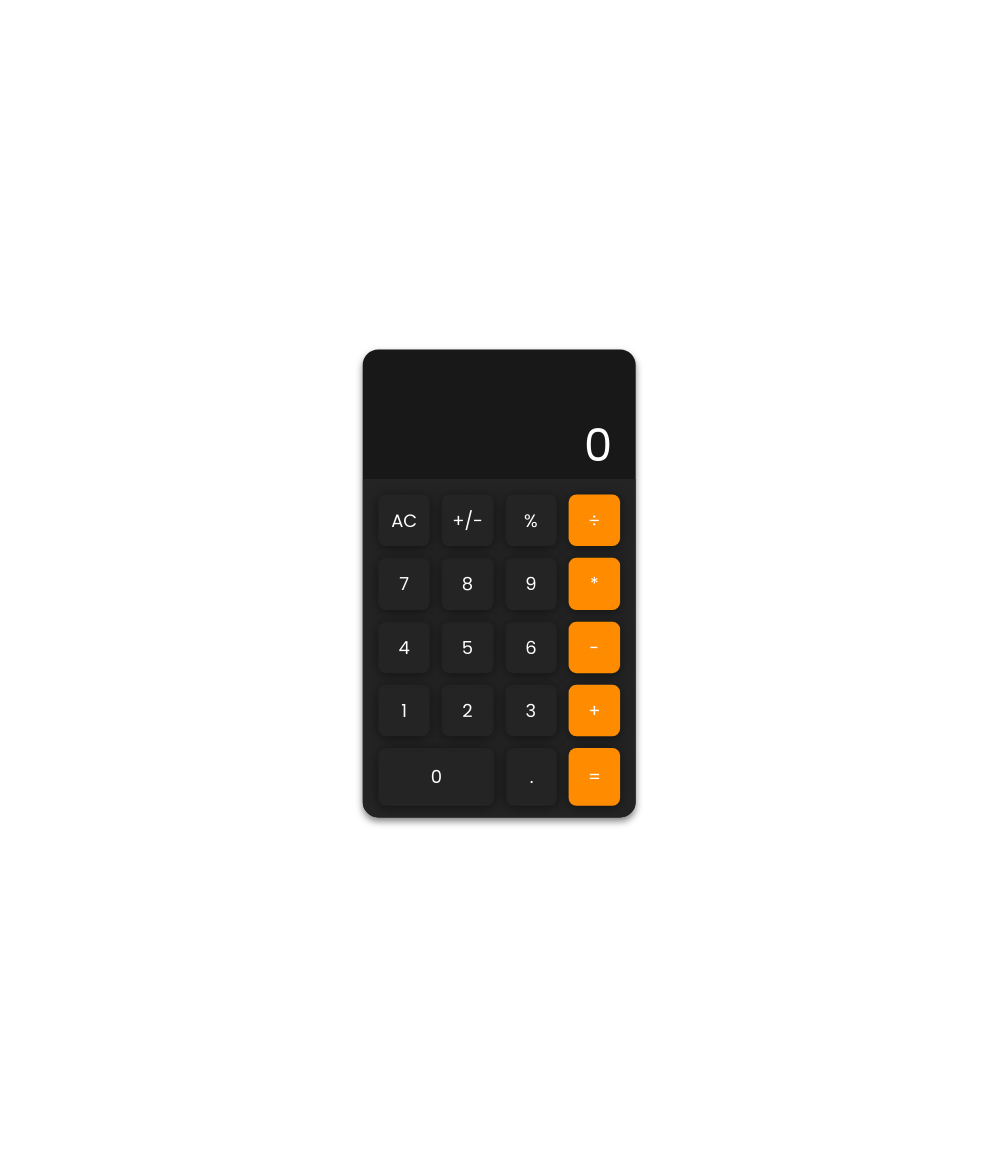
Repository: minhtien9/Calculator
Page: /
The author's editor kept a copy of each file at every save. The page is drawn from the files as they stood at one save, then again after the next save.
The browser window is 1280 px wide. The pictures show the whole page, at 78% of full size.
The project was rebuilt for these pictures with package versions that can differ from the ones it lists, and the page was loaded fresh each time.

Above is the page before, as saved 2022-07-22 08:37:11.

### src/index.js
import React from "react";
import ReactDOM from "react-dom/client";
import App from "./App";

const root = ReactDOM.createRoot(document.getElementById("root"));
root.render(
    <React.StrictMode>
        <App />
    </React.StrictMode>
);

// If you want to start measuring performance in your app, pass a function
// to log results (for example: reportWebVitals(console.log))
// or send to an analytics endpoint. Learn more: https://bit.ly/CRA-vitals

### src/App.js
import "./App.css";
import Calculator from "./Components/Calculator";

function App() {
    return (
        <div className='App'>
            <Calculator />
        </div>
    );
}

export default App;

### src/App.css
@import url("https://fonts.googleapis.com/css2?family=Poppins:ital,wght@0,100;0,200;0,300;0,400;0,500;0,600;0,700;0,800;0,900;1,100;1,200;1,300;1,400;1,500;1,600;1,700;1,800;1,900&display=swap");
* {
    font-family: "Poppins";
    font-size: 23px;
    color: white;
    padding: 0;
    margin: 0;
    box-sizing: border-box;
    -webkit-user-select: none;
    -webkit-user-drag: none;
    -webkit-app-region: none;
}

### src/Components/Calculator.jsx
import React, { useEffect, useState } from "react";
import "./Caculator.scss";

const Caculator = () => {
    const [inputNum, setInputNum] = useState(0);
    const [calculatedNum, setCalculatedNum] = useState(0);
    const [operator, setOperator] = useState("");
    const [isDecimal, setIsDecimal] = useState(false);
    const [decimalCount, setDecimalCount] = useState(1);
    const [monitor, setMonitor] = useState("");

    useEffect(() => {
        setMonitor(inputNum);
    }, [inputNum]);

    useEffect(() => {
        setMonitor(calculatedNum);
    }, [calculatedNum]);

    // Take input number from keyboard
    const TakeInputNum = (num) => {
        if (isDecimal) {
            num = num / Math.pow(10, decimalCount);
            setDecimalCount(decimalCount + 1);
            setInputNum(parseFloat((inputNum + num).toFixed(decimalCount)));
        } else {
            setInputNum(inputNum * 10 + num);
        }
    };

    // Take operator from keyboard
    const TakeOperator = (operator) => {
        setOperator(operator);
        Calculate();
        setInputNum(0);
    };

    // Do the calculation
    const Calculate = () => {
        setIsDecimal(false);
        setDecimalCount(1);
        if (operator === "/" && inputNum === 0) {
            setCalculatedNum(NaN);
            setInputNum(0);
            return;
        }

        if (calculatedNum === 0 && inputNum === 0) {
            return;
        }

        switch (operator) {
            case "+":
                setCalculatedNum(calculatedNum + inputNum);
                break;
            case "-":
                setCalculatedNum(calculatedNum - inputNum);
                break;
            case "*":
                setCalculatedNum(calculatedNum * inputNum);
                break;
            case "/":
                setCalculatedNum(calculatedNum / inputNum);
                break;

            default:
                break;
        }
        if (operator === "") {
            setCalculatedNum(inputNum);
        } else {
            setInputNum(0);
        }
        return;
    };

    // Get the equation
    const GetEqual = () => {
        Calculate();
        setOperator("");
    };

    // Minus plus
    const minusPlus = () => {
        if (inputNum.charAt(0) === "-") {
            setInputNum(inputNum.substring(1));
            console.log(setInputNum(inputNum.substring(1)));
        } else {
            setInputNum("-" + inputNum);
        }
    };

    // Clear All
    const Clear = () => {
        setInputNum(0);
        setCalculatedNum(0);
        setMonitor("");
        setOperator("");
    };

    return (
        <div className='caculator'>
            <section className='monitor'>
                <p className='out-put'>{monitor}</p>
            </section>

            <section className='keyboard'>
                <div className='keyboard-row'>
                    <button
                        className='one-block'
                        onClick={() => {
                            Clear();
                        }}
                    >
                        AC
                    </button>
                    <button className='one-block'> +/- </button>
                    <button className='one-block' onClick={minusPlus}>
                        %
                    </button>
                    <button
                        className='one-block orange'
                        onClick={() => {
                            TakeOperator("/");
                        }}
                    >
                        ÷
                    </button>
                </div>

                <div className='keyboard-row'>
                    <button
                        className='one-block'
                        onClick={() => {
                            TakeInputNum(7);
                        }}
                    >
                        7
                    </button>
                    <button
                        className='one-block'
                        onClick={() => {
                            TakeInputNum(8);
                        }}
                    >
                        8
                    </button>
                    <button
                        className='one-block'
                        onClick={() => {
                            TakeInputNum(9);
                        }}
                    >
                        9
                    </button>
                    <button
                        className='one-block orange'
                        onClick={() => {
                            TakeOperator("*");
                        }}
                    >
                        *
                    </button>
                </div>

                <div className='keyboard-row'>
                    <button
                        className='one-block'
                        onClick={() => {
                            TakeInputNum(4);
                        }}
                    >
                        4
                    </button>
                    <button
                        className='one-block'
                        onClick={() => {
                            TakeInputNum(5);
                        }}
                    >
                        5
                    </button>
                    <button
                        className='one-block'
                        onClick={() => {
                            TakeInputNum(6);
                        }}
                    >
                        6
                    </button>
                    <button
                        className='one-block orange'
                        onClick={() => {
                            TakeOperator("-");
                        }}
                    >
                        -
                    </button>
                </div>

                <div className='keyboard-row'>
                    <button
                        className='one-block'
                        onClick={() => {
                            TakeInputNum(1);
                        }}
                    >
                        1
                    </button>
                    <button
                        className='one-block'
                        onClick={() => {
                            TakeInputNum(2);
                        }}
                    >
                        2
                    </button>
                    <button
                        className='one-block'
                        onClick={() => {
                            TakeInputNum(3);
                        }}
                    >
                        3
                    </button>
                    <button
                        className='one-block orange'
                        onClick={() => {
                            TakeOperator("+");
                        }}
                    >
                        +
                    </button>
                </div>

                <div className='keyboard-row'>
                    <button
                        className='two-block'
                        onClick={() => {
                            TakeInputNum(0);
                        }}
                    >
                        0
                    </button>
                    <button
                        className='one-block'
                        onClick={() => {
                            setIsDecimal(true);
                        }}
                    >
                        .
                    </button>
                    <button
                        className='one-block orange'
                        onClick={() => {
                            GetEqual();
                        }}
                    >
                        =
                    </button>
                </div>
            </section>
        </div>
    );
};

export default Caculator;

// import React, { useEffect, useState } from "react";
// import NumberFormat from "react-number-format";
// import "./Calculator.scss";

// const Caculator = () => {
//     const [preState, setPreState] = useState("");
//     const [curState, setCurState] = useState("");
//     const [input, setInput] = useState("0");
//     const [operator, setOperator] = useState(null);
//     const [total, setTotal] = useState(false);

//     const inputNum = (e) => {
//         if (curState.includes(".") && e.target.innerHTML === ".") return;

//         if (total) {
//             setPreState("");
//         }

//         curState
//             ? setCurState((pre) => pre + e.target.innerText)
//             : setCurState(e.target.innerText);

//         setTotal(false);
//     };

//     useEffect(() => {
//         setInput(curState);
//     }, [curState]);

//     useEffect(() => {
//         setInput("0");
//     }, []);

//     const operatorType = (e) => {
//         setTotal(false);
//         setOperator(e.target.innerText);
//         if (curState === "") return;
//         if (preState !== "") {
//             equals();
//         } else {
//             setPreState(curState);
//             setCurState("");
//         }
//     };

//     const equals = (e) => {
//         if (e?.target.innerText === "=") {
//             setTotal(true);
//         }
//         let cal;
//         switch (operator) {
//             case "/":
//                 cal = String(parseFloat(preState) / parseFloat(curState));
//                 break;
//             case "+":
//                 cal = String(parseFloat(preState) + parseFloat(curState));
//                 break;
//             case "*":
//                 cal = String(parseFloat(preState) * parseFloat(curState));
//                 break;
//             case "-":
//                 cal = String(parseFloat(preState) - parseFloat(curState));
//                 break;
//             default:
//                 break;
//         }
//         setInput("");
//         setPreState(cal);
//         setPreState("");
//         setCurState("");
//     };

//     const minusPlus = () => {};

//     const percent = () => {};
//     const reset = () => {
//         setCurState("");
//         setPreState("");
//         setInput("0");
//     };

//     return (
//         <div className='caculator'>
//             <section className='screen'>
//                 {input !== "" || input === "0" ? (
//                     <NumberFormat
//                         value={input}
//                         displayType={"text"}
//                         thousandsSeparator={true}
//                     />
//                 ) : (
//                     <NumberFormat
//                         value={preState}
//                         displayType={"text"}
//                         thousandsSeparator={true}
//                     />
//                 )}
//             </section>

//             <section className='keyboard'>
//                 <div className='keyboard-row'>
//                     <button className='one-block' onClick={reset}>
//                         AC
//                     </button>
//                     <button className='one-block' onClick={minusPlus}>
//                         +/-
//                     </button>
//                     <button className='one-block' onClick={percent}>
//                         %
//                     </button>
//                     <button className='one-block orange' onClick={operatorType}>
//                         ÷
//                     </button>
//                 </div>

//                 <div className='keyboard-row'>
//                     <button className='one-block' onClick={inputNum}>
//                         7
//                     </button>
//                     <button className='one-block' onClick={inputNum}>
//                         8
//                     </button>
//                     <button className='one-block' onClick={inputNum}>
//                         9
//                     </button>
//                     <button className='one-block orange' onClick={operatorType}>
//                         *
//                     </button>
//                 </div>

//                 <div className='keyboard-row'>
//                     <button className='one-block' onClick={inputNum}>
//                         4
//                     </button>
//                     <button className='one-block' onClick={inputNum}>
//                         5
//                     </button>
//                     <button className='one-block' onClick={inputNum}>
//                         6
//                     </button>
//                     <button className='one-block orange' onClick={operatorType}>
//                         -
//                     </button>
//                 </div>

//                 <div className='keyboard-row'>
//                     <button className='one-block' onClick={inputNum}>
//                         1
//                     </button>
//                     <button className='one-block' onClick={inputNum}>
//                         2
//                     </button>
//                     <button className='one-block' onClick={inputNum}>
//                         3
//                     </button>
//                     <button className='one-block orange' onClick={operatorType}>
//                         +
//                     </button>
//                 </div>

//                 <div className='keyboard-row'>
//                     <button className='two-block' onClick={inputNum}>
//                         0
//                     </button>
//                     <button className='one-block' onClick={operatorType}>
//                         .
//                     </button>
//                     <button className='one-block orange' onClick={operatorType}>
//                         =
//                     </button>
//                 </div>
//             </section>
//         </div>
//     );
// };

// export default Caculator;

### src/Components/Caculator.scss
@import url("https://fonts.googleapis.com/css2?family=Poppins:ital,wght@0,100;0,200;0,300;0,400;0,500;0,600;0,700;0,800;0,900;1,100;1,200;1,300;1,400;1,500;1,600;1,700;1,800;1,900&display=swap");

* {
    font-family: "Poppins";
    font-size: 23px;
    color: white;
}

button {
    border: none;
    background: none;
    cursor: pointer;
    border-radius: 10px;
    box-shadow: 0 2px 15px 0 rgba(0, 0, 0, 0.5);
}

button:hover {
    background-color: grey;
}

.orange {
    background: darkorange;
    color: white;
}

.orange:hover {
    background-color: white;
    color: orange;
}

.caculator {
    width: 350px;
    height: 600px;
    margin: 35% auto;
    background-color: rgb(24, 24, 24);
    display: flex;
    flex-direction: column;
    border-radius: 20px;
    overflow: hidden;
    box-shadow: 0px 5px 10px 0px rgba(0, 0, 0, 0.5);
}

.monitor {
    .out-put {
        margin: 80px 30px 0px;
        font-size: 2.5rem;
        text-align: right;
    }
}

.keyboard {
    display: flex;
    flex-direction: column;
    background: rgb(36, 36, 36);
    gap: 15px;
    padding: 20px;
}

.keyboard-row {
    display: flex;
    gap: 15px;
    .one-block {
        width: 25%;
        aspect-ratio: 1/1;
    }

    .two-block {
        width: calc(50% - -21px);
        aspect-ratio: 2/1;
    }
}

### src/Components/Calculator.scss
button {
    border: none;
    background: none;
    cursor: pointer;
    border-radius: 10px;
    box-shadow: 0 2px 15px 0 rgba(0, 0, 0, 0.5);
}

button:hover {
    background-color: grey;
}

.orange {
    background: darkorange;
    color: white;
}

.orange:hover {
    background-color: white;
    color: orange;
}

.caculator {
    width: 350px;
    height: 600px;
    margin: 35% auto;
    background-color: rgb(24, 24, 24);
    display: flex;
    flex-direction: column;
    border-radius: 20px;
    overflow: hidden;
    box-shadow: 0px 5px 10px 0px rgba(0, 0, 0, 0.5);
}

.screen {
    margin: 80px 30px 0px;
    font-size: 2.5rem;
    text-align: right;
    color: white;
}

.keyboard {
    display: flex;
    flex-direction: column;
    background: rgb(36, 36, 36);
    gap: 15px;
    padding: 20px;
}

.keyboard-row {
    display: flex;
    gap: 15px;
    .one-block {
        width: 25%;
        aspect-ratio: 1/1;
    }

    .two-block {
        width: calc(50% - -21px);
        aspect-ratio: 2/1;
    }
}

Loaded but not shown: public/index.html (common file)

After the next save:
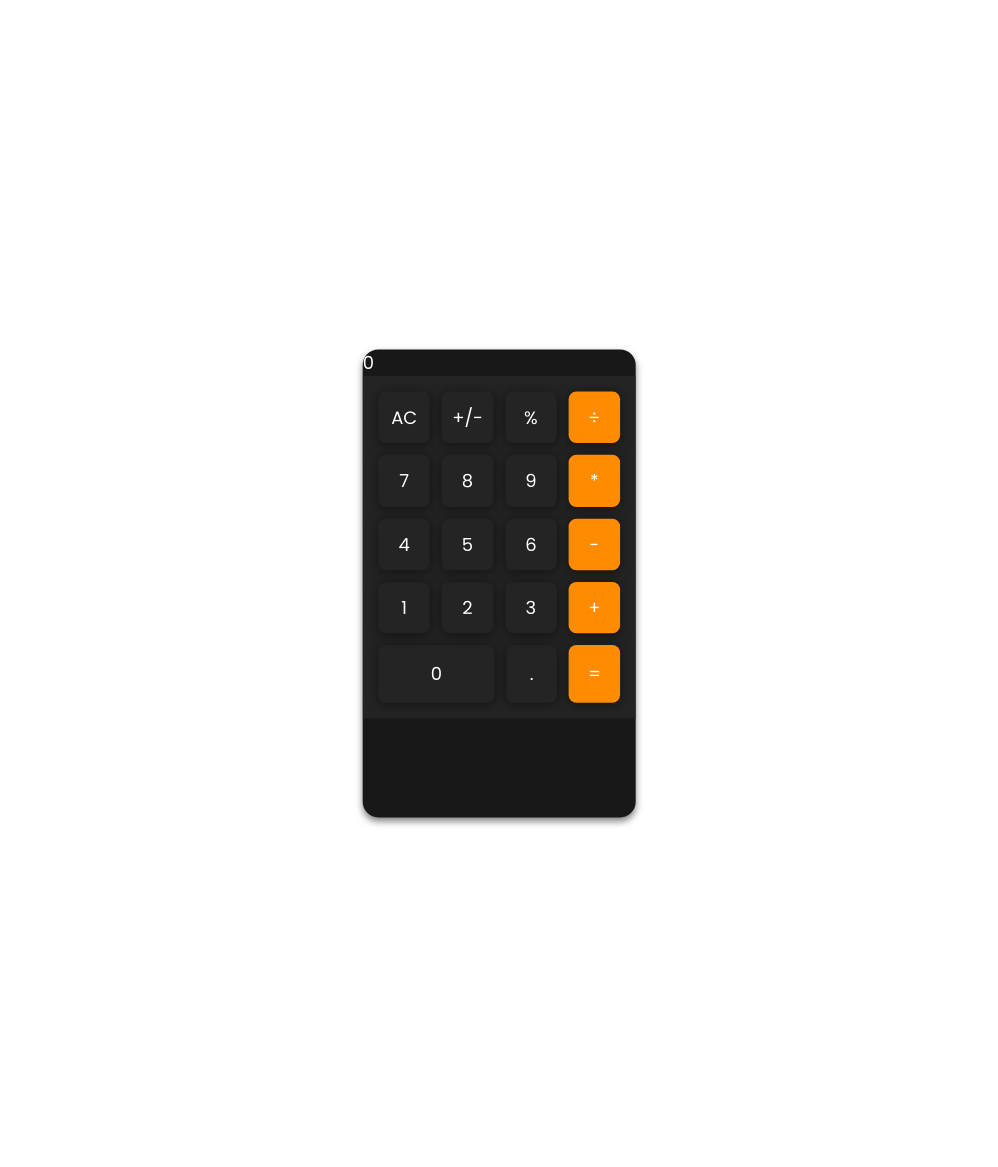
Saved 50 s later.
--- a/src/Components/Calculator.jsx
+++ b/src/Components/Calculator.jsx
@@ -1,5 +1,5 @@
 import React, { useEffect, useState } from "react";
-import "./Caculator.scss";
+import "./Calculator.scss";
 
 const Caculator = () => {
     const [inputNum, setInputNum] = useState(0);

After the 2 saves that followed:
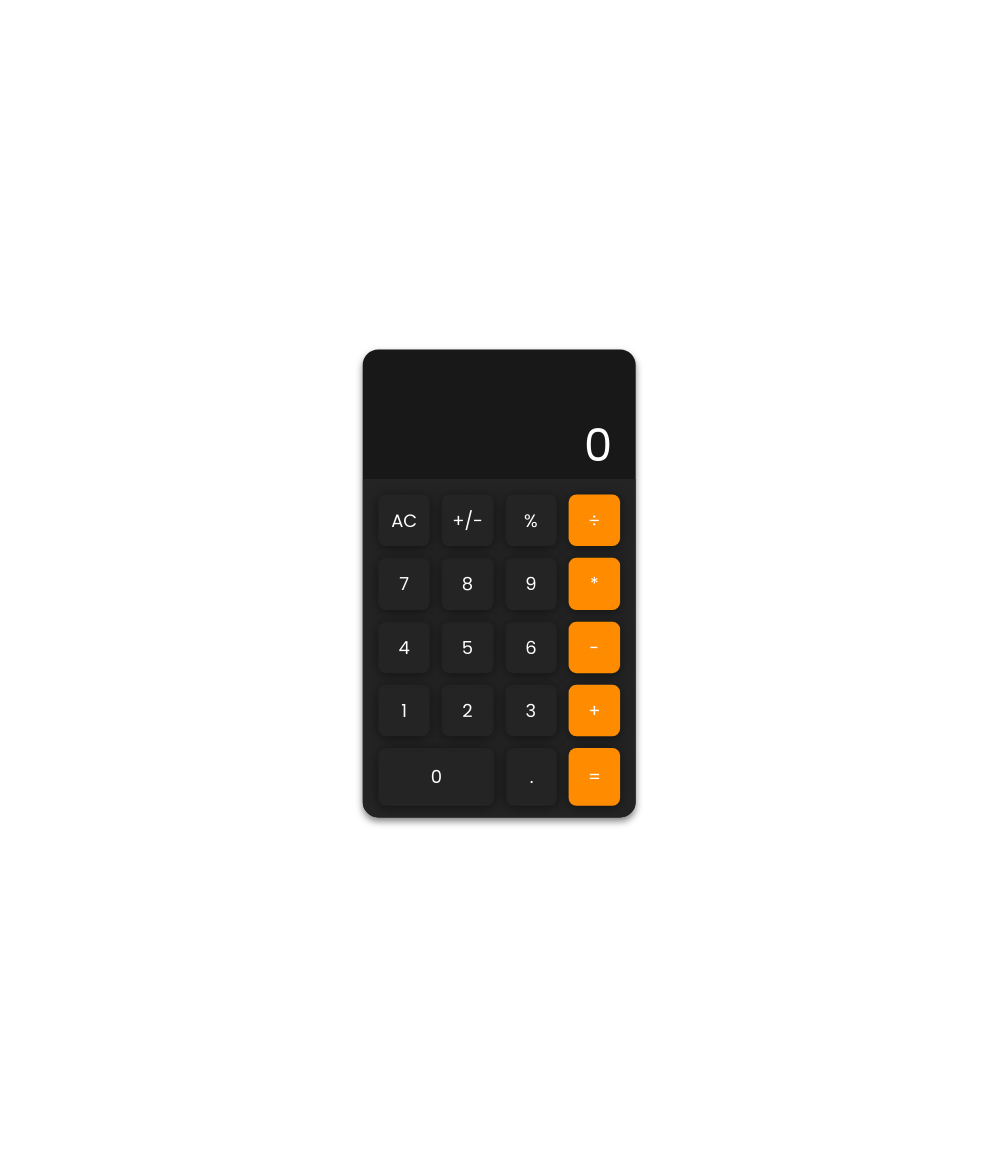
The 2 saves are shown as one change because 1 left the picture as it was.
The last was saved 78 s later.
--- a/src/Components/Calculator.scss
+++ b/src/Components/Calculator.scss
@@ -32,11 +32,13 @@ button:hover {
     box-shadow: 0px 5px 10px 0px rgba(0, 0, 0, 0.5);
 }
 
-.screen {
-    margin: 80px 30px 0px;
-    font-size: 2.5rem;
-    text-align: right;
-    color: white;
+.monitor {
+    .out-put {
+        margin: 80px 30px 0px;
+        font-size: 2.5rem;
+        text-align: right;
+        color: white;
+    }
 }
 
 .keyboard {
